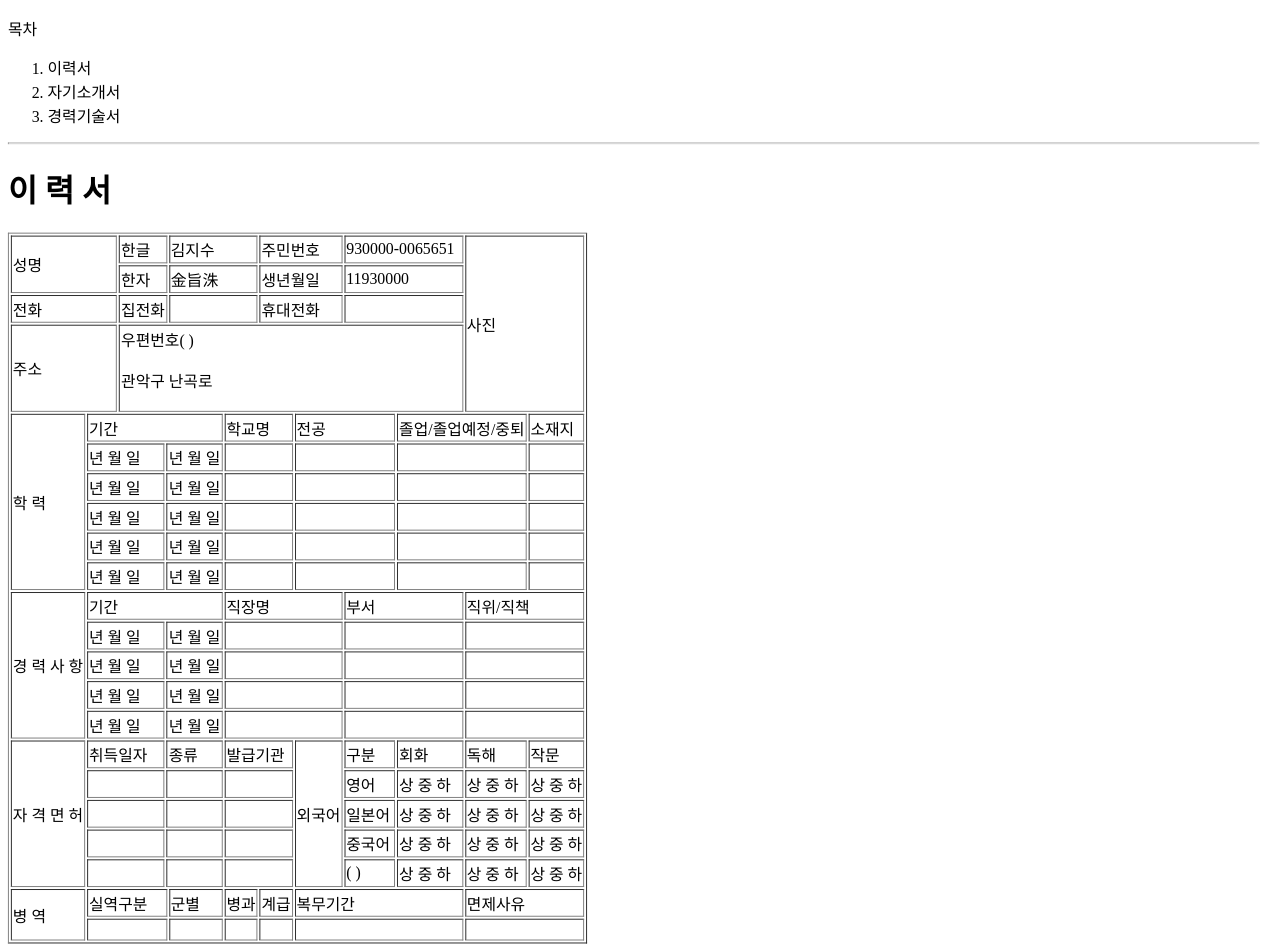
Repository: jeemaru/htme_01
Page: html_01/hw01/ex_01.html
These files come from the project's save history. The page is drawn as it stood at one moment and after the next save; the edit follows.
The browser window is 1280 px wide. The pictures show the whole page, at 99% of full size.

Above is the page before, as saved 2022-04-01 09:30:56.

### html_01/hw01/ex_01.html
<!DOCTYPE html>
<html>

	<head>
		<meta charset="UTF-8">
		<title>Insert title here</title>
	</head>


	<body>
		<p>목차</p>
		<ol>
			<li>이력서</li>
			<li>자기소개서</li>
			<li>경력기술서</li>
		</ol>
	<hr>
	<p>
	<p>

		<h1>이	력	서</h1>

		<table border="1">
			<tr>
				<td colspan="2"rowspan="2">성명</td>
				<td colspan="2">한글</td>
				<td colspan="2"> 김지수 </td>
				<td colspan="2">주민번호</td>
				<td colspan="2">930000-0065651 </td>
				<td colspan="2"rowspan="4">사진</td>

			</tr>
			<tr>
				<td colspan="2">한자</td>
				<td colspan="2">金旨洙</td>
				<td colspan="2">생년월일</td>
				<td colspan="2">11930000 </td>
			</tr>
			<tr>
				<td colspan="2">전화</td>
				<td colspan="2">집전화</td>
				<td colspan="2"> </td>
				<td colspan="2">휴대전화</td>
				<td colspan="2"></td>
			</tr>
			<tr>
				<td colspan="2">주소</td>
				<td colspan="8">우편번호( )<br><br>관악구 난곡로<br><br></td>
			</tr>
			<tr>
				<td rowspan="6">학 력</td>
				<td colspan="4">기간</td>
				<td colspan="2">학교명</td>
				<td colspan="2">전공</td>
				<td colspan="2">졸업/졸업예정/중퇴</td>
				<td>소재지</td>
			</tr>
			<tr>
				<td colspan="2">년 월 일</td>
				<td colspan="2">년 월 일</td>
				<td colspan="2">	</td>
				<td colspan="2">	</td>
				<td colspan="2">	</td>
				<td>	</td>
			</tr>
			<tr>
				<td colspan="2">년 월 일</td>
				<td colspan="2">년 월 일</td>
				<td colspan="2">	</td>
				<td colspan="2">	</td>
				<td colspan="2">	</td>
				<td>	</td>
			</tr>
			<tr>
				<td colspan="2">년 월 일</td>
				<td colspan="2">년 월 일</td>
				<td colspan="2">	</td>
				<td colspan="2">	</td>
				<td colspan="2">	</td>
				<td>	</td>
			</tr>
			<tr>
				<td colspan="2">년 월 일</td>
				<td colspan="2">년 월 일</td>
				<td colspan="2">	</td>
				<td colspan="2">	</td>
				<td colspan="2">	</td>
				<td>	</td>
			</tr>
			<tr>
				<td colspan="2">년 월 일</td>
				<td colspan="2">년 월 일</td>
				<td colspan="2">	</td>
				<td colspan="2">	</td>
				<td colspan="2">	</td>
				<td>	</td>
			</tr>
			<tr>
				<td rowspan="5">경 력 사 항</td>
				<td colspan="4">기간</td>
				<td colspan="3">직장명</td>
				<td colspan="2">부서</td>
				<td colspan="2">직위/직책</td>
			</tr>
			<tr>
				<td colspan="2">년 월 일</td>
				<td colspan="2">년 월 일</td>
				<td colspan="3">	</td>
				<td colspan="2">	</td>
				<td colspan="2">	</td>
			</tr>
			<tr>
				<td colspan="2">년 월 일</td>
				<td colspan="2">년 월 일</td>
				<td colspan="3">	</td>
				<td colspan="2">	</td>
				<td colspan="2">	</td>
			</tr>
			<tr>
				<td colspan="2">년 월 일</td>
				<td colspan="2">년 월 일</td>
				<td colspan="3">	</td>
				<td colspan="2">	</td>
				<td colspan="2">	</td>
			</tr>
			<tr>
				<td colspan="2">년 월 일</td>
				<td colspan="2">년 월 일</td>
				<td colspan="3">	</td>
				<td colspan="2">	</td>
				<td colspan="2">	</td>
			</tr>
			<tr>
				<td rowspan="5">자 격 면 허</td>
				<td colspan="2">취득일자</td>
				<td colspan="2">종류</td>
				<td colspan="2">발급기관</td>
				<td rowspan="5">외국어</td>
				<td>구분</td>
				<td>회화</td>
				<td>독해</td>
				<td>작문</td>
			</tr>
			<tr>
				<td colspan="2"></td>
				<td colspan="2"></td>
				<td colspan="2"></td>
				<td>영어</td>
				<td>상 중 하</td>
				<td>상 중 하</td>
				<td>상 중 하</td>
			</tr>
			<tr>
				<td colspan="2"></td>
				<td colspan="2"></td>
				<td colspan="2"></td>
				<td>일본어</td>
				<td>상 중 하</td>
				<td>상 중 하</td>
				<td>상 중 하</td>
			</tr>
			<tr>
				<td colspan="2"></td>
				<td colspan="2"></td>
				<td colspan="2"></td>
				<td>중국어</td>
				<td>상 중 하</td>
				<td>상 중 하</td>
				<td>상 중 하</td>
			</tr>
			<tr>
				<td colspan="2"></td>
				<td colspan="2"></td>
				<td colspan="2"></td>
				<td>( )</td>
				<td>상 중 하</td>
				<td>상 중 하</td>
				<td>상 중 하</td>
			</tr>
			<tr>
				<td rowspan="2">병 역</td>
				<td colspan="3">실역구분</td>
				<td>군별</td>
				<td>병과</td>
				<td>계급</td>
				<td colspan="3">복무기간</td>
				<td colspan="2">면제사유</td>
			</tr>
			<tr>
				<td colspan="3"></td>
				<td><br></td>
				<td>	</td>
				<td>	</td>
				<td colspan="3">	</td>
				<td colspan="2">	</td>
			</tr>

		</table>

	</body>
</html>

After the next save:
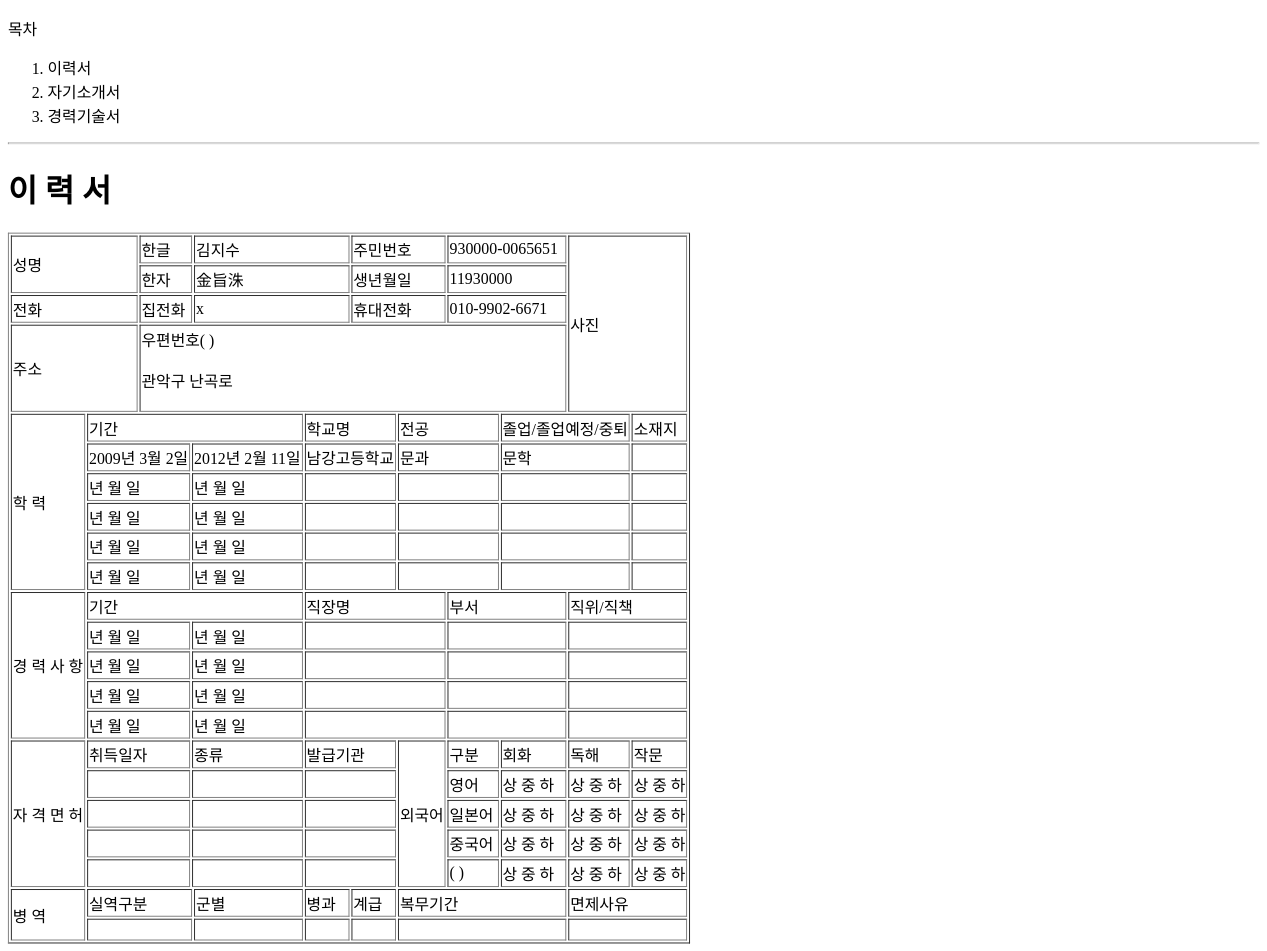
Saved 2 min 4 s later.
--- a/html_01/hw01/ex_01.html
+++ b/html_01/hw01/ex_01.html
@@ -39,9 +39,9 @@
 			<tr>
 				<td colspan="2">전화</td>
 				<td colspan="2">집전화</td>
-				<td colspan="2"> </td>
+				<td colspan="2">x</td>
 				<td colspan="2">휴대전화</td>
-				<td colspan="2"></td>
+				<td colspan="2">010-9902-6671</td>
 			</tr>
 			<tr>
 				<td colspan="2">주소</td>
@@ -56,11 +56,11 @@
 				<td>소재지</td>
 			</tr>
 			<tr>
-				<td colspan="2">년 월 일</td>
-				<td colspan="2">년 월 일</td>
-				<td colspan="2">	</td>
-				<td colspan="2">	</td>
-				<td colspan="2">	</td>
+				<td colspan="2">2009년 3월 2일</td>
+				<td colspan="2">2012년 2월 11일</td>
+				<td colspan="2">남강고등학교</td>
+				<td colspan="2">문과</td>
+				<td colspan="2">문학</td>
 				<td>	</td>
 			</tr>
 			<tr>
